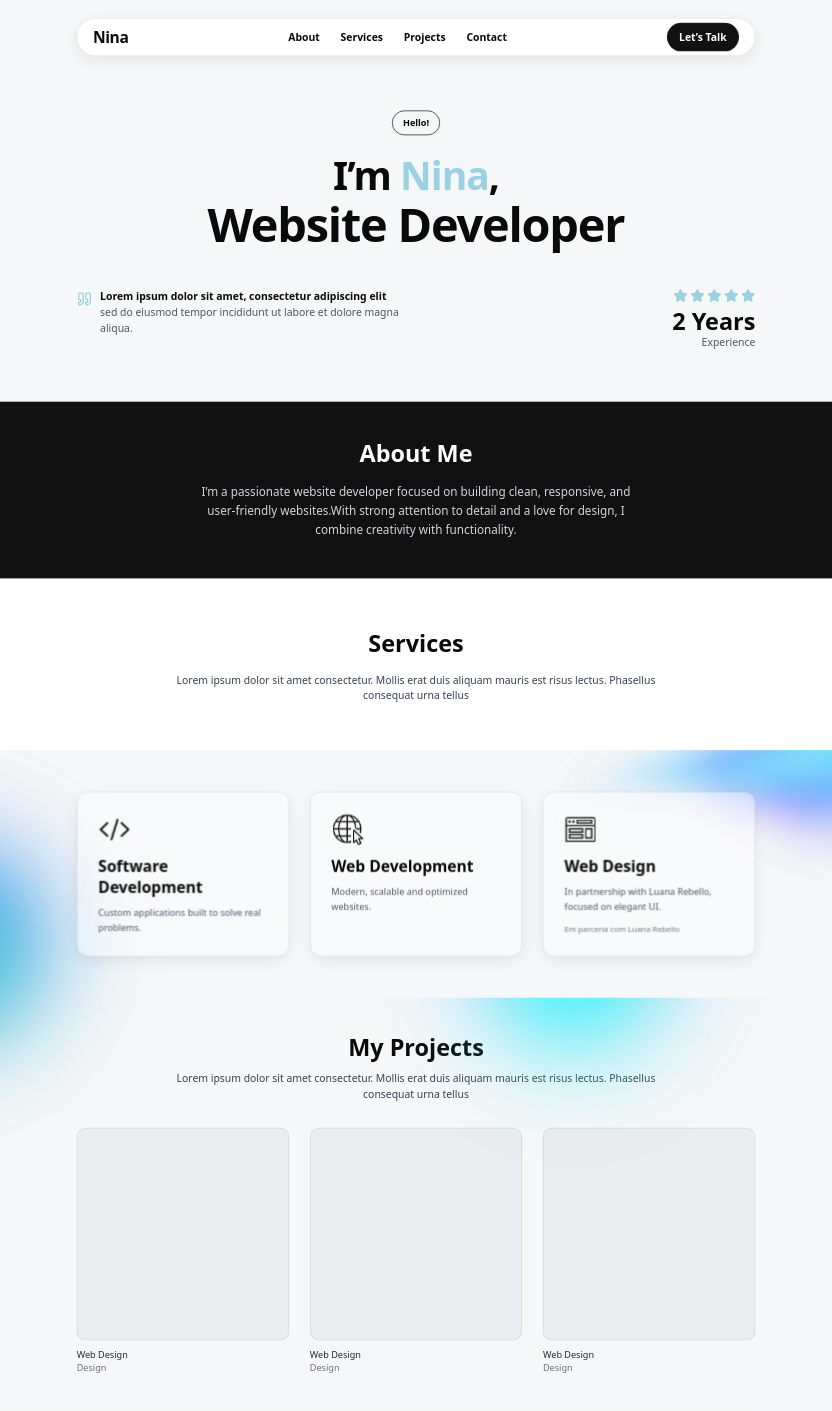
Repository: nina-rebello/portfolio
Page: /
These files come from the project's save history. The page is drawn as it stood at one moment and after the next save; the edit follows.
The browser window is 1280 px wide. The pictures show the whole page, at 65% of full size.
The project was rebuilt for these pictures with package versions that can differ from the ones it lists, and the page was loaded fresh each time. The framework's server and built-in components were replaced by stand-ins that run in the browser. Also part of the build but not shown: next.config.ts.

Above is the page before, as saved 2025-09-11 17:57:35.

### app/page.tsx
// app/page.tsx
import Header from "@/components/header/Header";
import AboutMe from "@/components/sections/About";
import Hero from "@/components/sections/Hero";
import Projects from "@/components/sections/Projects";
import Services from "@/components/sections/Services";

export default function HomePage() {
  return (
    <>
      <Header />
      <main>
        <Hero />
        <AboutMe />
        <Services />
        <Projects />
      </main>
    </>
  );
}

### app/globals.css
@import "tailwindcss";
/* app/(styles)/header.css */
:root{
  --bg:#f6f7f8;           /* fundo clarinho do mock */
  --ink:#0a0a0a;          /* texto principal */
  --muted:#4b5563;        /* texto secundário */
  --pill:#ffffff;         /* fundo do header/cta pill */
  --brand:#9ad1e3;        /* azul do “Nina” e estrelas */
}

html,body{background:var(--bg); color:var(--ink);}

/* helpers */
.container-hero{max-width:1100px; margin-inline:auto; padding-inline:clamp(16px,3vw,28px);}
.glass{
  background:var(--pill);
  border:1px solid rgba(0,0,0,.08);
  box-shadow:0 6px 24px rgba(0,0,0,.08);
}
.btn-pill{
  border-radius:9999px; padding:10px 18px; font-weight:600;
  background:#111; color:#fff; border:1px solid rgba(255,255,255,.1);
  transition:transform .15s ease, box-shadow .15s ease, opacity .2s ease;
}
.btn-pill:hover{ transform:translateY(-1px); box-shadow:0 8px 24px rgba(0,0,0,.18);}
.nav-link{ padding:10px 14px; border-radius:12px; font-weight:600; }
.nav-link:hover{ background:rgba(0,0,0,.04); }

.no-scrollbar::-webkit-scrollbar{ display:none; }
.no-scrollbar{ -ms-overflow-style:none; scrollbar-width:none; }

### components/header/Header.tsx
"use client";

import Link from "next/link";
import { useState, useEffect } from "react";
import { Menu, X } from "lucide-react";

const NAV = [
  { label: "About", href: "#about" },
  { label: "Services", href: "#services" },
  { label: "Projects", href: "#projects" },
  { label: "Contact", href: "#contact" },
];

export default function Header() {
  const [open, setOpen] = useState(false);

  // fecha o menu ao navegar/scroll
  useEffect(() => {
    const close = () => setOpen(false);
    window.addEventListener("scroll", close);
    return () => window.removeEventListener("scroll", close);
  }, []);

  return (
    <header className="sticky top-7 z-50">
      <div className="container-hero">
        <div
          className="glass flex items-center justify-between rounded-[32px] px-4 sm:px-6 py-1.5"
          role="navigation"
          aria-label="Primary"
        >
          {/* logo / nome */}
          <Link href="/" className="font-bold tracking-tight text-xl sm:text-2xl">
            Nina
          </Link>

          {/* desktop nav */}
          <nav className="hidden md:flex items-center gap-1">
            {NAV.map((i) => (
              <a key={i.href} href={i.href} className="nav-link">
                {i.label}
              </a>
            ))}
          </nav>

          {/* CTA */}
          <div className="hidden md:block">
            <a href="#contact" className="btn-pill">Let’s Talk</a>
          </div>

          {/* mobile toggle */}
          <button
            aria-label="Abrir menu"
            className="md:hidden p-2 rounded-xl hover:bg-black/5"
            onClick={() => setOpen((v) => !v)}
          >
            {open ? <X /> : <Menu />}
          </button>
        </div>

        {/* mobile sheet */}
        {open && (
          <div className="md:hidden mt-2 glass rounded-3xl p-3">
            <nav className="grid gap-1">
              {NAV.map((i) => (
                <a
                  key={i.href}
                  href={i.href}
                  className="nav-link"
                  onClick={() => setOpen(false)}
                >
                  {i.label}
                </a>
              ))}
              <a href="#contact" className="btn-pill text-center mt-1">
                Let’s Talk
              </a>
            </nav>
          </div>
        )}
      </div>
    </header>
  );
}

### components/sections/About.tsx
export default function AboutMe() {
  return (
    <section id="about" className="bg-[#111] text-white  py-11 sm:py-15 mt-4 sm:mt-20">
      <div className="container-hero text-center">
        <h2 className="text-3xl sm:text-4xl font-extrabold mb-6">
          About Me
        </h2>
        <p className="max-w-2xl mx-auto text-lg text-gray-300 leading-relaxed">
          I’m a passionate website developer focused on building
          clean, responsive, and user-friendly websites.
          {/* <br /> */}
          With strong attention to detail and a love for design,
          I combine creativity with functionality.
        </p>
      </div>
    </section>
  );
}

### components/sections/Hero.tsx
import { Quote, Star } from "lucide-react";

function HelloBubble() {
  return (
    <div className="inline-flex items-center gap-2">
      <span className="inline-flex items-center justify-center rounded-full border px-4 py-2 text-sm font-semibold">
        Hello!
      </span>
    </div>
  );
}

export default function Hero() {
  return (
    <section className="pt-20 sm:pt-28">
      <div className="container-hero">
        {/* bloco principal */}
        <div className="text-center">
          <div className="mb-6 sm:mb-8">
            <HelloBubble />
          </div>

          <p className="text-4xl sm:text-5xl md:text-6xl font-bold tracking-tight">
            I’m{" "}
            <span style={{ color: "var(--brand)" }}>
              Nina
            </span>
            ,
          </p>
          <h1 className="mt-2 text-4xl sm:text-6xl md:text-7xl font-bold tracking-tight">
            Website Developer
          </h1>
        </div>

        {/* faixa inferior: quote esquerda / rating direita */}
        <div className="mt-16 grid grid-cols-1 md:grid-cols-2 gap-8 items-start">
          {/* quote */}
          <div className="flex gap-3">
            <div className="mt-1">
              <Quote className="text-[var(--brand)]" />
            </div>
            <div>
              <p className="font-semibold">
                Lorem ipsum dolor sit amet, consectetur adipiscing elit
              </p>
              <p className="text-[var(--muted)]">
                sed do eiusmod tempor incididunt ut labore et dolore magna aliqua.
              </p>
            </div>
          </div>

          {/* rating / experiência */}
          <div className="flex md:justify-end">
            <div className="text-right">
              <div className="flex justify-end gap-1 mb-2" aria-label="5 out of 5 stars">
                {Array.from({ length: 5 }).map((_, i) => (
                  <Star key={i} className="text-[var(--brand)]" fill="currentColor" size={22} />
                ))}
              </div>
              <div className="text-3xl sm:text-4xl font-bold">2 Years</div>
              <div className="text-[var(--muted)]">Experience</div>
            </div>
          </div>
        </div>
      </div>
    </section>
  );
}

### components/sections/Projects.tsx
import Image from "next/image";

const PROJECTS = [
  { id: "1", title: "Web Design" },
  { id: "2", title: "Web Design" },
  { id: "3", title: "Web Design" },
  // adicione mais itens aqui...
];

export default function Projects() {
  return (
    // nada de faixa branca aqui; fundo continua com gradiente
    <section id="projects" className="relative overflow-hidden pt-14 pb-14">
  {/* NÃO coloque bg branco aqui */}
  {/* se quiser aquele blob da direita, pode manter este: */}
   <div className="absolute inset-0 z-0 pointer-events-none select-none">
        <Image
                  src="/gradients/blur-gradient.png"
                  alt=""
                  width={760}
                  height={760}
                  className="absolute -top-117 right-230 w-[860px] opacity-70"
        />
        <Image
                  src="/gradients/blur-gradient-purple.png"
                  alt=""
                  width={760}
                  height={760}
                  className="absolute -top-117 -right-10 w-[860px] opacity-70"
        />
      </div>

  <div className="container-hero text-center">
    <h2 className="text-3xl sm:text-4xl font-extrabold">My Projects</h2>
    <p className="max-w-3xl mx-auto mt-4 text-gray-700">
      Lorem ipsum dolor sit amet consectetur. Mollis erat duis aliquam mauris est risus lectus.
      Phasellus consequat urna tellus
    </p>

    <div className="mt-10 grid gap-8 grid-cols-1 sm:grid-cols-2 lg:grid-cols-3">
          {PROJECTS.map((p) => (
            <article key={p.id} className="text-left">
              {/* placeholder da capa */}
              <div className="aspect-[1/1] rounded-[14px] bg-gray-200/70 border border-black/10" />
              <div className="mt-3 text-sm">
                <div className="text-gray-800">{p.title}</div>
                <div className="text-gray-500">Design</div>
              </div>
            </article>
          ))}
        </div>
      </div>
    </section>
  );
}


//  {/* === background gradients === */}
    //   <div className="absolute inset-0 z-0 pointer-events-none select-none">

    //     <Image
    //       src="/gradients/blur-gradient.png"
    //       alt=""
    //       width={600}
    //       height={600}
    //       className="absolute top-4 right-250 w-[760px] opacity-70"
    //     />
    //   </div>

### components/sections/Services.tsx
import Image from "next/image";

const services = [
  {
    icon: "/icons/icons8-source-code-96.png",
    title: "Software Development",
    desc: "Custom applications built to solve real problems.",
  },
  {
    icon: "/icons/icons8-internet-100.png",
    title: "Web Development",
    desc: "Modern, scalable and optimized websites.",
  },
  {
    icon: "/icons/icons8-web-100.png",
    title: "Web Design",
    desc: "In partnership with Luana Rebello, focused on elegant UI.",
  },
];

export default function Services() {
  return (
    <section id="services" className="relative overflow-hidden">
      {/* === gradientes de fundo === */}
      <div className="absolute inset-0 z-0 pointer-events-none select-none">
        <Image
          src="/gradients/light-leak-blur-transparent-free-png.png"
          alt=""
          width={1400}
          height={1000}
          className="absolute -top-10 left-200 w-[1000px] opacity-80"
          priority
        />
        <Image
          src="/gradients/blur-gradient.png"
          alt=""
          width={760}
          height={760}
          className="absolute top-44 right-230 w-[860px] opacity-70"
        />
      </div>

      {/* === faixa branca por cima dos gradientes === */}
      <div className="relative z-10 bg-white pt-20 pb-18 text-center">
        <div className="container-hero">
          <h2 className="text-3xl sm:text-4xl font-extrabold mb-6">Services</h2>
          <p className="max-w-3xl mx-auto text-gray-700">
            Lorem ipsum dolor sit amet consectetur. Mollis erat duis aliquam
            mauris est risus lectus. Phasellus consequat urna tellus
          </p>
        </div>
        {/* fade branco para transição suave */}
        <div className="absolute bottom-0 left-0 right-0 h-12 bg-gradient-to-b from-white to-transparent" />
      </div>

      {/* === grid de cards === */}
    <div className="relative z-10 container-hero py-16">
      <div className="grid gap-8 sm:grid-cols-2 lg:grid-cols-3">
        {services.map((s) => (
          <div
            key={s.title}
            className="rounded-2xl p-8 backdrop-blur-md bg-white/40
                      border border-black/10 shadow-[0_8px_24px_rgba(0,0,0,0.08)]
                      transition hover:shadow-[0_12px_32px_rgba(0,0,0,0.12)]"
          >
            <div className="flex flex-col items-start text-left">
              <Image
                src={s.icon}
                alt={s.title}
                width={50}
                height={50}
                className="mb-4 opacity-90"
              />
              <h3 className="font-semibold text-2xl mb-3">{s.title}</h3>
              <p className="text-gray-600 text-sm leading-relaxed">{s.desc}</p>
              {s.title === "Web Design" && (
                <p className="mt-4 text-xs text-gray-500">
                  Em parceria com Luana Rebello
                </p>
              )}
            </div>
          </div>
        ))}
      </div>
    </div>
    </section>
  );
}

Loaded but not shown: app/layout.tsx (common file)

After the next save:
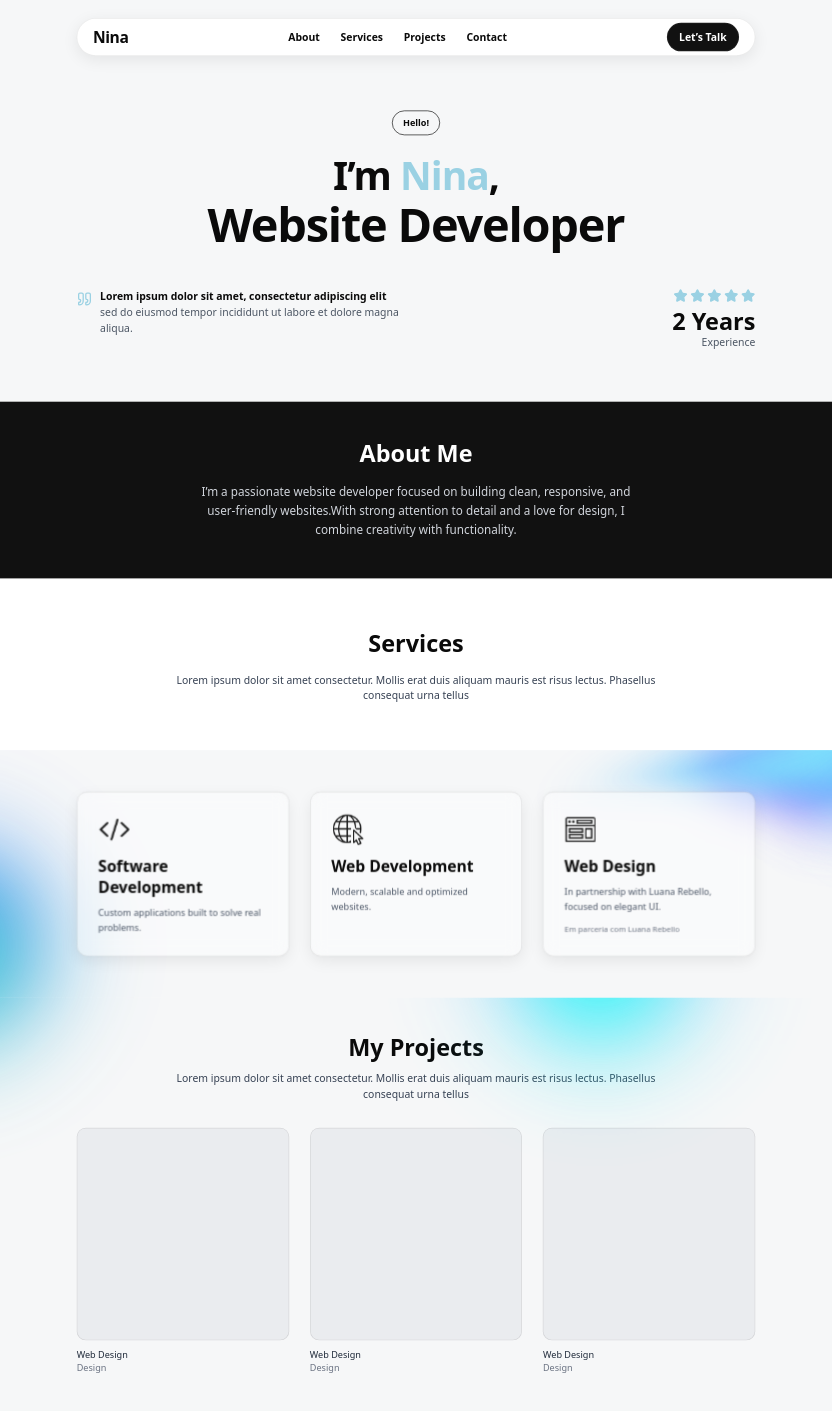
Saved 5 s later.
--- a/components/sections/Projects.tsx
+++ b/components/sections/Projects.tsx
@@ -26,7 +26,7 @@ export default function Projects() {
                   alt=""
                   width={760}
                   height={760}
-                  className="absolute -top-117 -right-10 w-[860px] opacity-70"
+                  className="absolute -top-117 -right-20 w-[860px] opacity-70"
         />
       </div>
 
